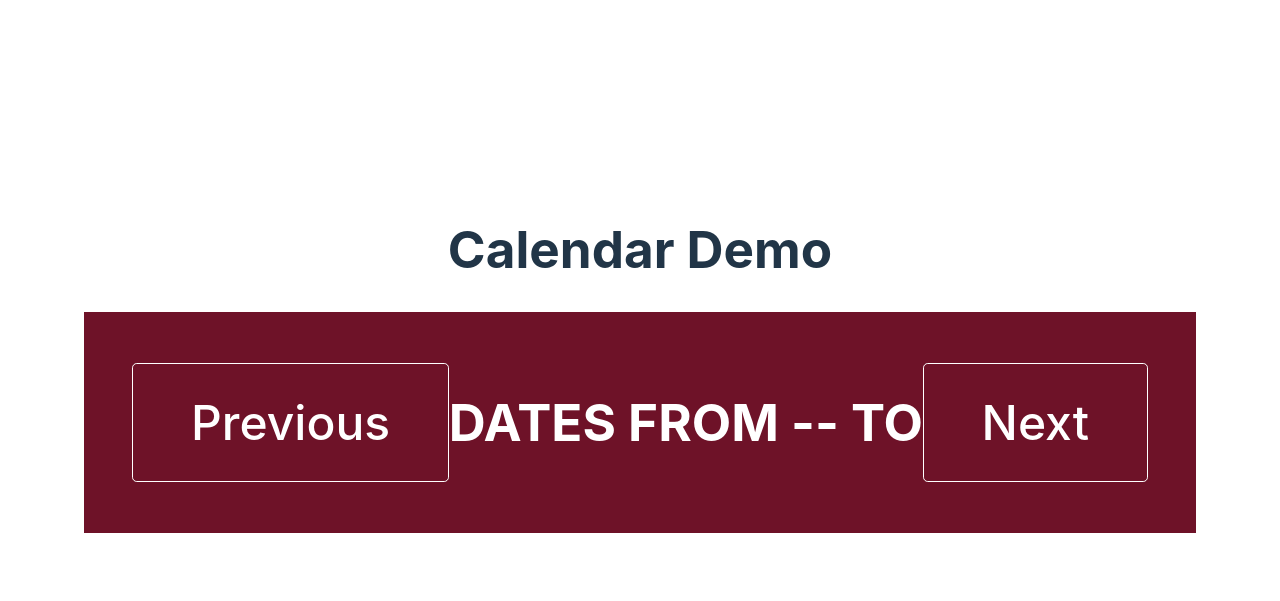
Repository: Maryie-B/weekly-calendar-scheduler
Page: /
An editor plug-in stored every save of this project. The page is shown before and after the next save, followed by the edit.
The browser window is 1280 px wide. The pictures show the whole page.
The project was rebuilt for these pictures with package versions that can differ from the ones it lists, and the page was loaded fresh each time. Also part of the build but not shown: vite.config.js.

Above is the page before, as saved 2024-03-26 11:26:44.

After the next save:
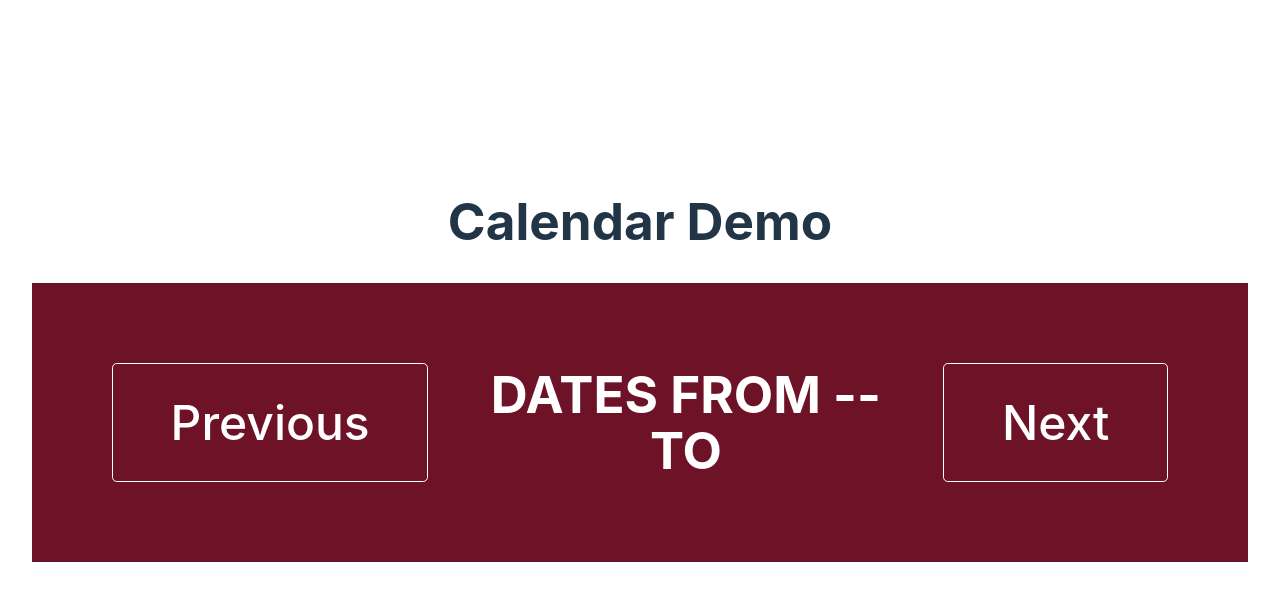
Saved 11 s later.
--- a/src/App.css
+++ b/src/App.css
@@ -22,4 +22,5 @@
   border-radius: 0.3rem;
   color: white;
   font-size: 3rem;
+  margin: 2rem;
 }
